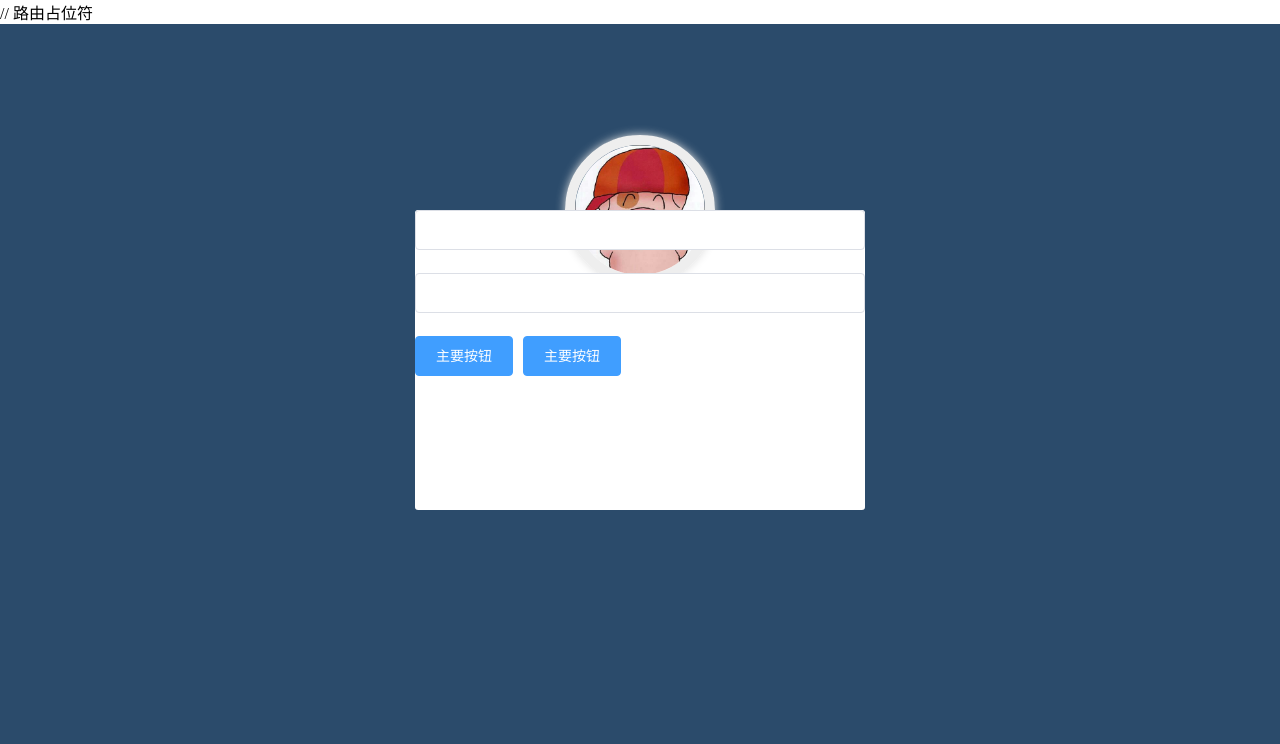
Repository: Japcy/onetwothree
Page: /
These files come from the project's save history. The page is drawn as it stood at one moment and after the next save; the edit follows.
The browser window is 1280 px wide. The pictures show the whole page.
The project was rebuilt for these pictures with package versions that can differ from the ones it lists, and the page was loaded fresh each time.

Above is the page before, as saved 2020-02-29 00:00:23.

### src/main.js
import Vue from 'vue'
import App from './App.vue'
import router from './router'
import './plugins/element.js'
// 导入全局样式表
import './assets/css/global.css'

Vue.config.productionTip = false

new Vue({
  router,
  render: h => h(App)
}).$mount('#app')

### src/App.vue
<template>
  <div id="app">
    // 路由占位符
    <router-view></router-view>
  </div>
</template>

<script>

export default {
  name: 'app',
  components: {
  }
}
</script>

<style>

</style>

### src/router/index.js
import Vue from 'vue'
import VueRouter from 'vue-router'
import Login from '../components/Login.vue'

Vue.use(VueRouter)

const routes = [
  {
    path: '/',
    redirect: '/login'
  },
  {
    path: '/login',
    component: Login
  }
]

const router = new VueRouter({
  routes
})

export default router

### src/components/Login.vue
<template>
  <div class="login">
    <div class="login-box">
      <div class="avatar">
        <img src="../assets/img/logo.jpg" alt />
      </div>
      <!-- 登录表单区 -->
      <div class="login-form">
        <el-form label-width="0px">
          <!-- 用户名 -->
          <el-form-item>
            <el-input></el-input>
          </el-form-item>
          <!-- 密码 -->
          <el-form-item>
            <el-input></el-input>
          </el-form-item>
          <!-- 按钮区域 -->
          <el-form-item>
            <el-button type="primary">主要按钮</el-button>
            <el-button type="primary">主要按钮</el-button>
          </el-form-item>
        </el-form>
      </div>
    </div>
  </div>
</template>

<script type="text/ecmascript-6">
export default {
  name: 'login',
  data () {
    return {}
  },
  components: {},
  methods: {}
}
</script>

<style lang="less" scoped>
.login {
  background-color: #2b4b6b;
  height: 100%;
}
.login-box {
  width: 450px;
  height: 300px;
  background-color: #fff;
  border-radius: 3px;
  position: absolute;
  left: 50%;
  top: 50%;
  transform: translate(-50%, -50%);

  .avatar {
    width: 130px;
    height: 130px;
    border: 10px solid #eee;
    border-radius: 50%;
    overflow: hidden;
    box-shadow: 0 0 10px #ddd;
    position: absolute;
    left: 50%;
    transform: translate(-50%, -50%);

    img {
      width: 100%;
      height: auto;
    }
  }
}
</style>

Loaded but not shown: public/index.html (common file); src/plugins/element.js (common file); src/assets/css/global.css (common file)

After the next save:
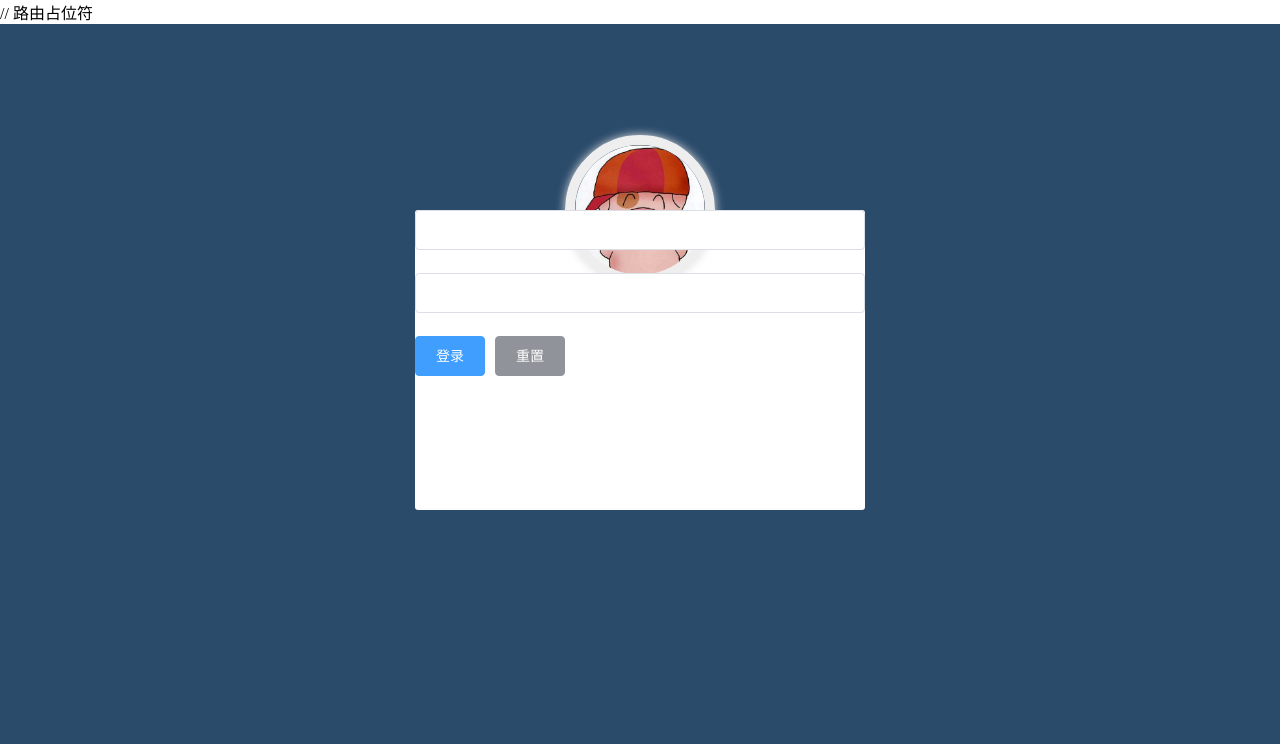
Saved 46 s later.
--- a/src/components/Login.vue
+++ b/src/components/Login.vue
@@ -17,8 +17,8 @@
           </el-form-item>
           <!-- 按钮区域 -->
           <el-form-item>
-            <el-button type="primary">主要按钮</el-button>
-            <el-button type="primary">主要按钮</el-button>
+            <el-button type="primary">登录</el-button>
+            <el-button type="info">重置</el-button>
           </el-form-item>
         </el-form>
       </div>
